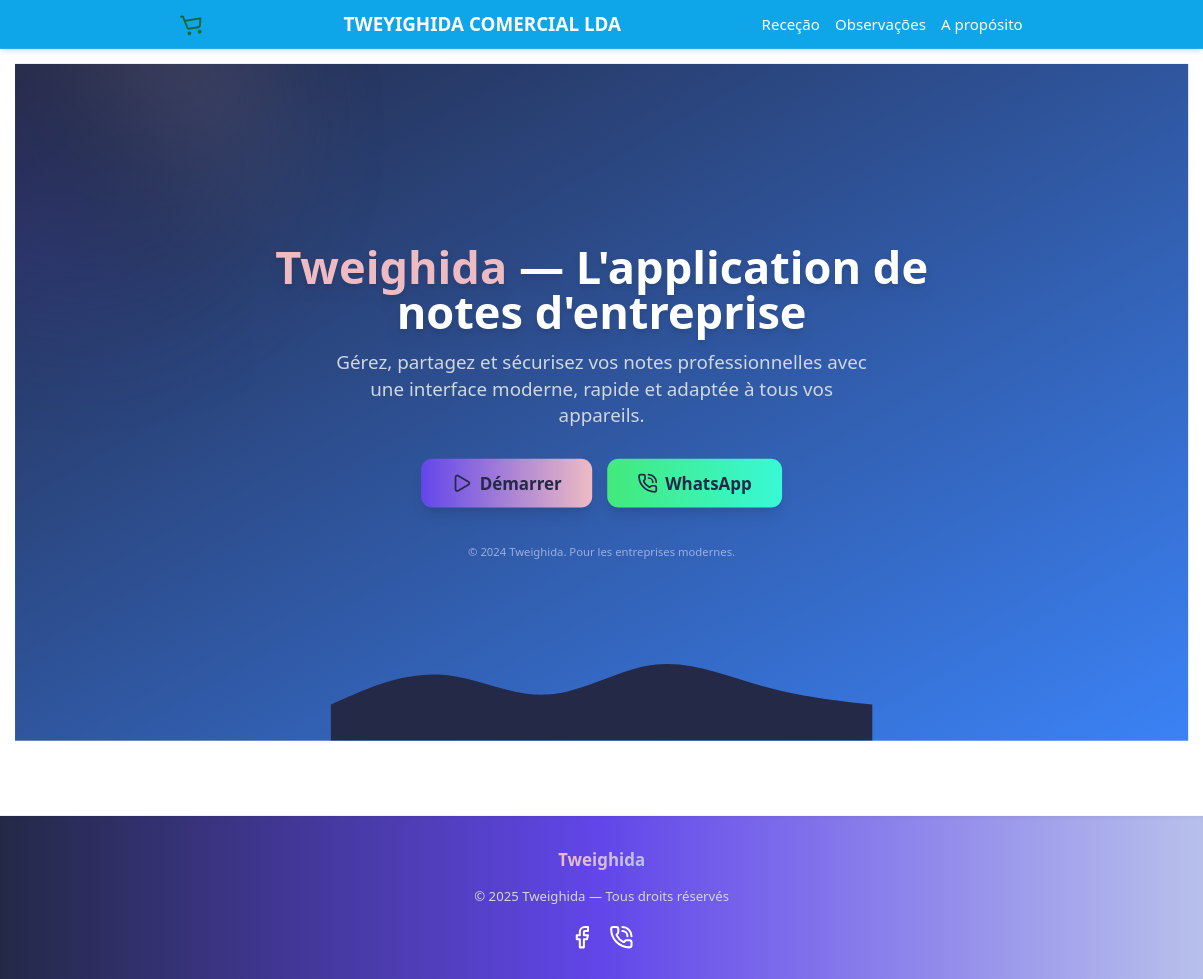
Repository: lamatmed/Tweighida
Page: /
An editor plug-in stored every save of this project. The page is shown before and after the next save, followed by the edit.
The browser window is 1280 px wide. The pictures show the whole page, at 94% of full size.
The project was rebuilt for these pictures with package versions that can differ from the ones it lists, and the page was loaded fresh each time. The framework's server and built-in components were replaced by stand-ins that run in the browser. Also part of the build but not shown: next.config.mjs.

Above is the page before, as saved 2025-09-06 20:29:43.

After the next save:
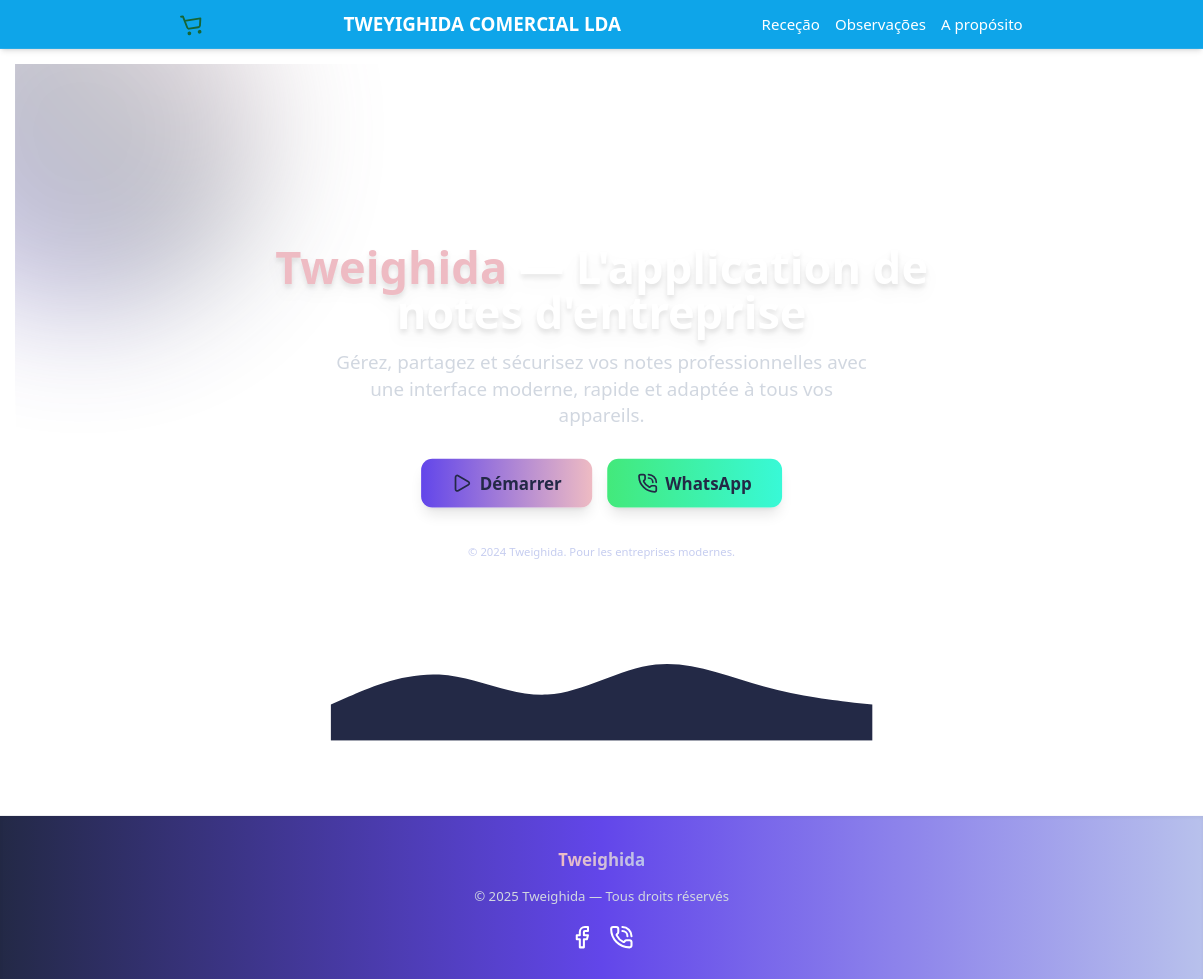
Saved 7 min 14 s later.
--- a/src/app/components/Hero.tsx
+++ b/src/app/components/Hero.tsx
@@ -20,7 +20,7 @@
   }
 
   return (
-    <section className="relative w-full min-h-screen flex items-center justify-center text-center bg-gradient-to-br from-[#232946] via-blue-5 to-blue-500 text-white px-4 overflow-hidden">
+    <section className="relative w-full min-h-screen flex items-center justify-center text-center bg-gradient-to-br from-[#23294] via-blue-500 to-blue-500 text-white px-4 overflow-hidden">
       {/* Decorative blob */}
       <div className="absolute -top-32 -left-32 w-[400px] h-[400px] bg-gradient-to-tr from-[#6246ea] via-[#232946] to-[#eebbc3] opacity-30 rounded-full blur-3xl z-0" aria-hidden="true" />
       <div className="w-full max-w-3xl px-6 py-16 md:py-24 z-10">
